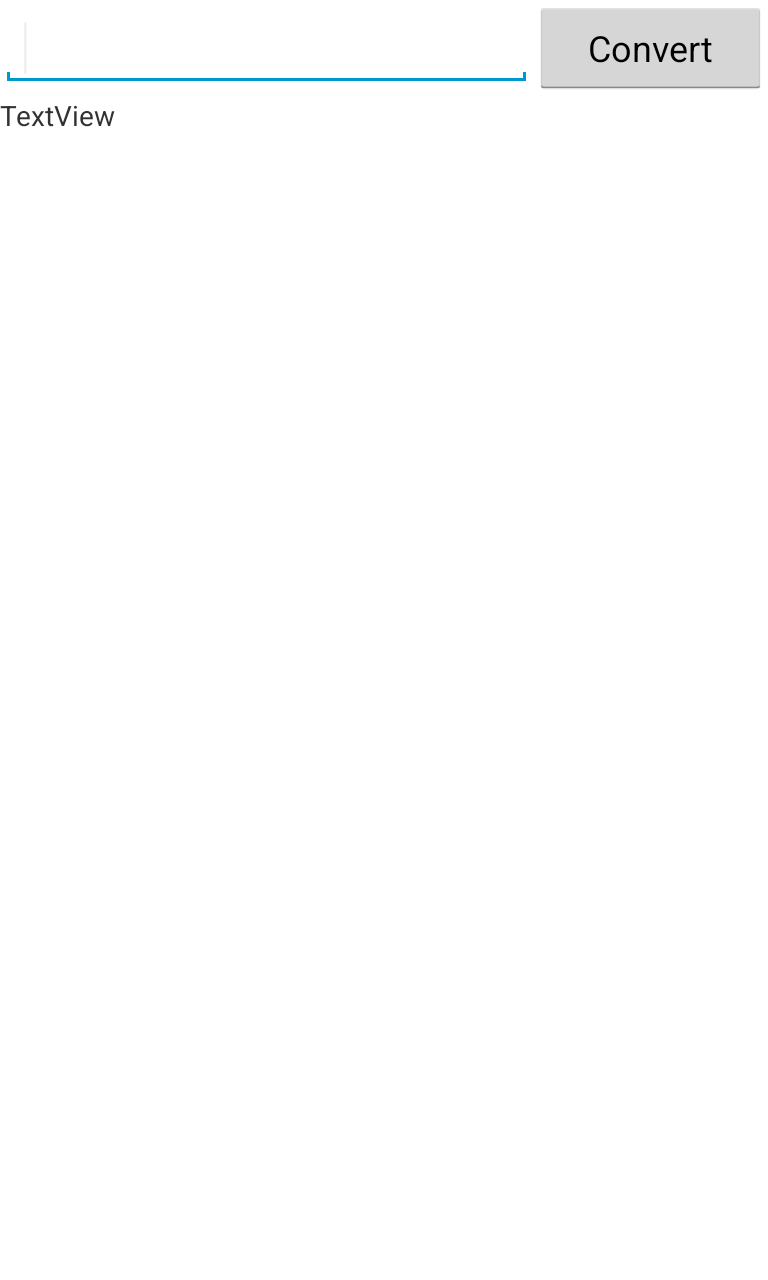
Repository: vinny1575/Java1
Layout: TempCalc20/res/layout/conversion.xml
The author's editor kept a copy of each file at every save. The layout is drawn from the files as they stood at one save, then again after the next save.
It is drawn on a 768 x 1280 px phone screen (xhdpi) without system bars, with theme AppTheme; the app's code is not run.

Above is the layout before, as saved 2013-05-08 18:59:49.

After the next save:
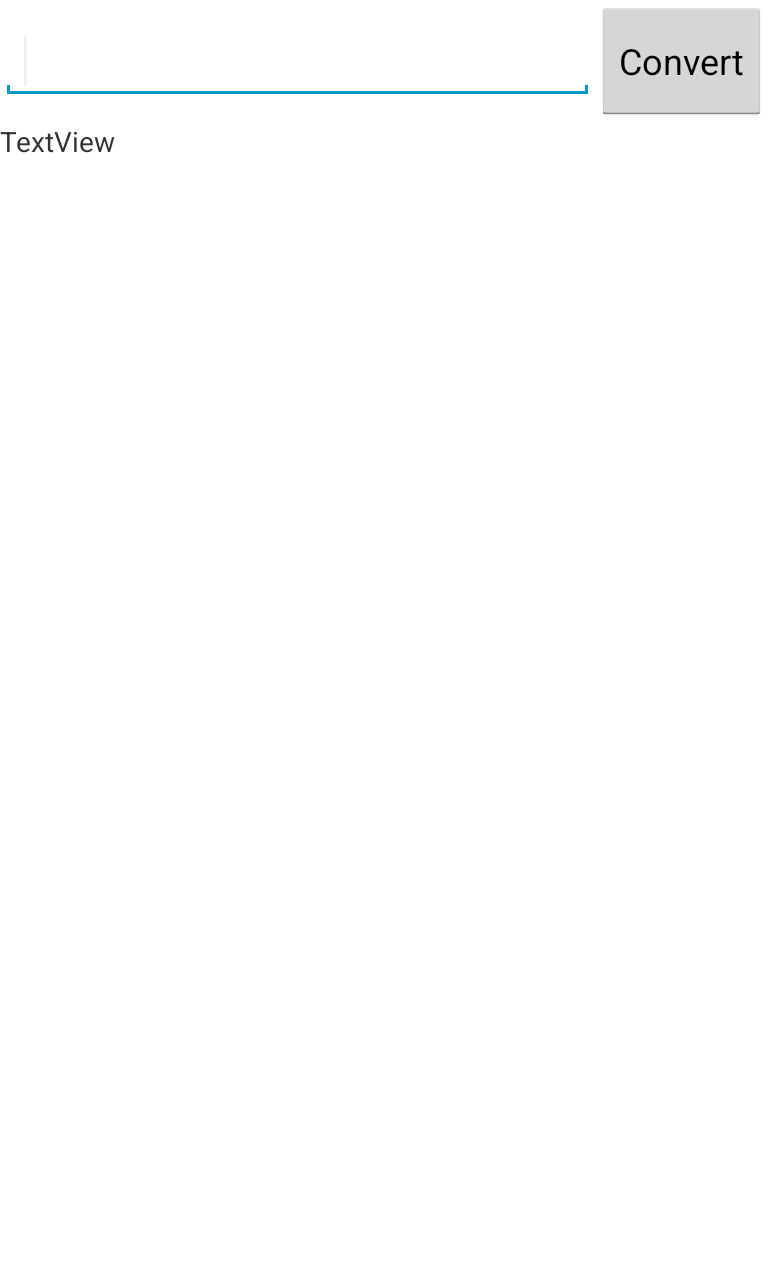
Saved 22 s later.
--- a/TempCalc20/res/layout/conversion.xml
+++ b/TempCalc20/res/layout/conversion.xml
@@ -21,8 +21,7 @@
         <Button
             android:id="@+id/button1"
             android:layout_width="wrap_content"
-            android:layout_height="wrap_content"
-            android:layout_weight="1"
+            android:layout_height="61dp"
             android:text="Convert" />
     </LinearLayout>
 
